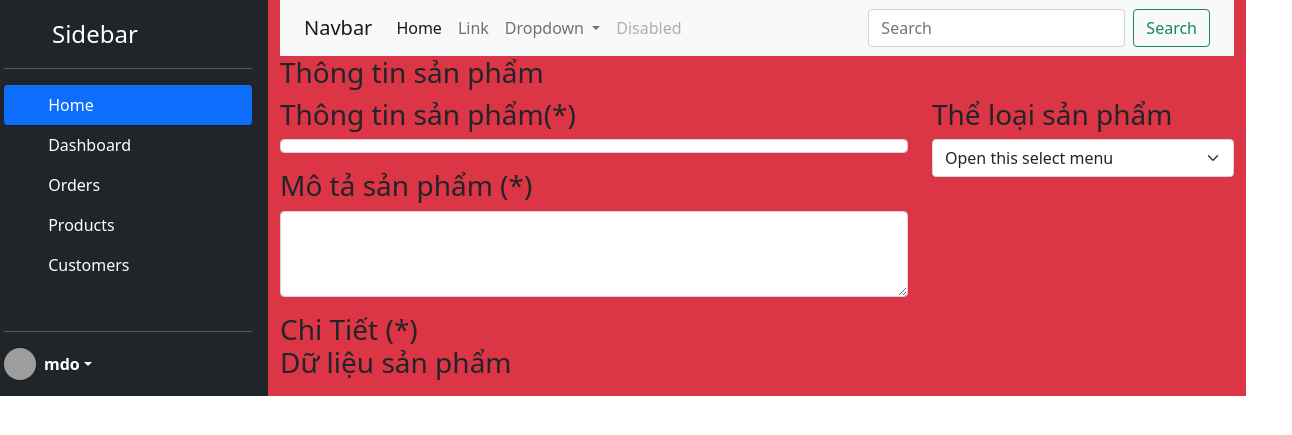
Repository: Lehuyhuynh/BT12-BOOTSTRAP
Page: index.html
These files come from the project's save history. The page is drawn as it stood at one moment and after the next save; the edit follows.
The browser window is 1280 px wide. The page is 1292 px wide, so the pictures cover 1292 px, including what lies to the right of the window. The pictures show the whole page.
Pictures or frames that could not be fetched are drawn as grey boxes.

Above is the page before, as saved 2023-08-19 22:32:35.

After the next save:
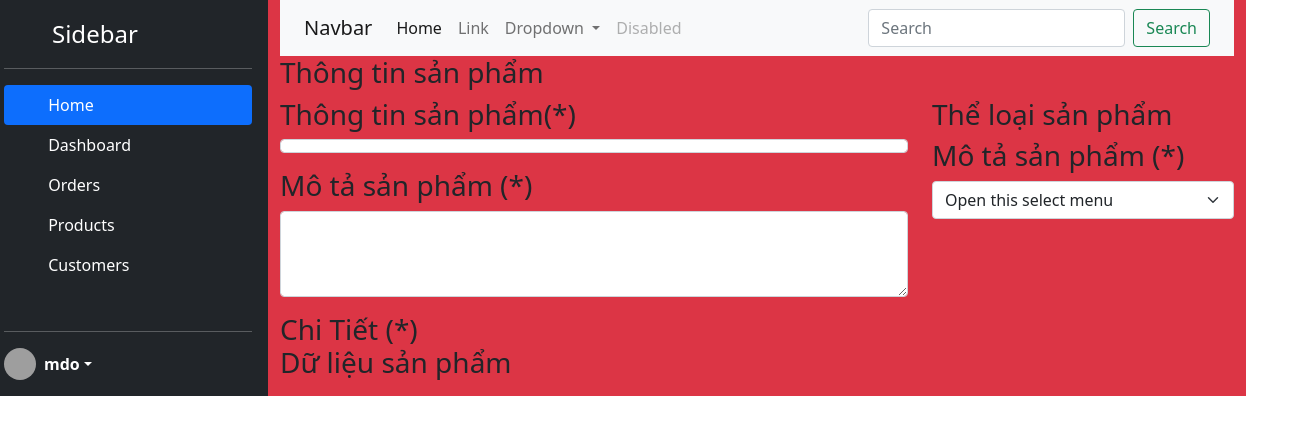
Saved 41 s later.
--- a/index.html
+++ b/index.html
@@ -136,7 +136,7 @@
 
               <div class="cate">
 
-
+                <label for="exampleFormControlTextarea1" class="form-label">Mô tả sản phẩm (*)</label>
 
                 <select class="form-select" aria-label="Default select example">
                   <option selected>Open this select menu</option>
